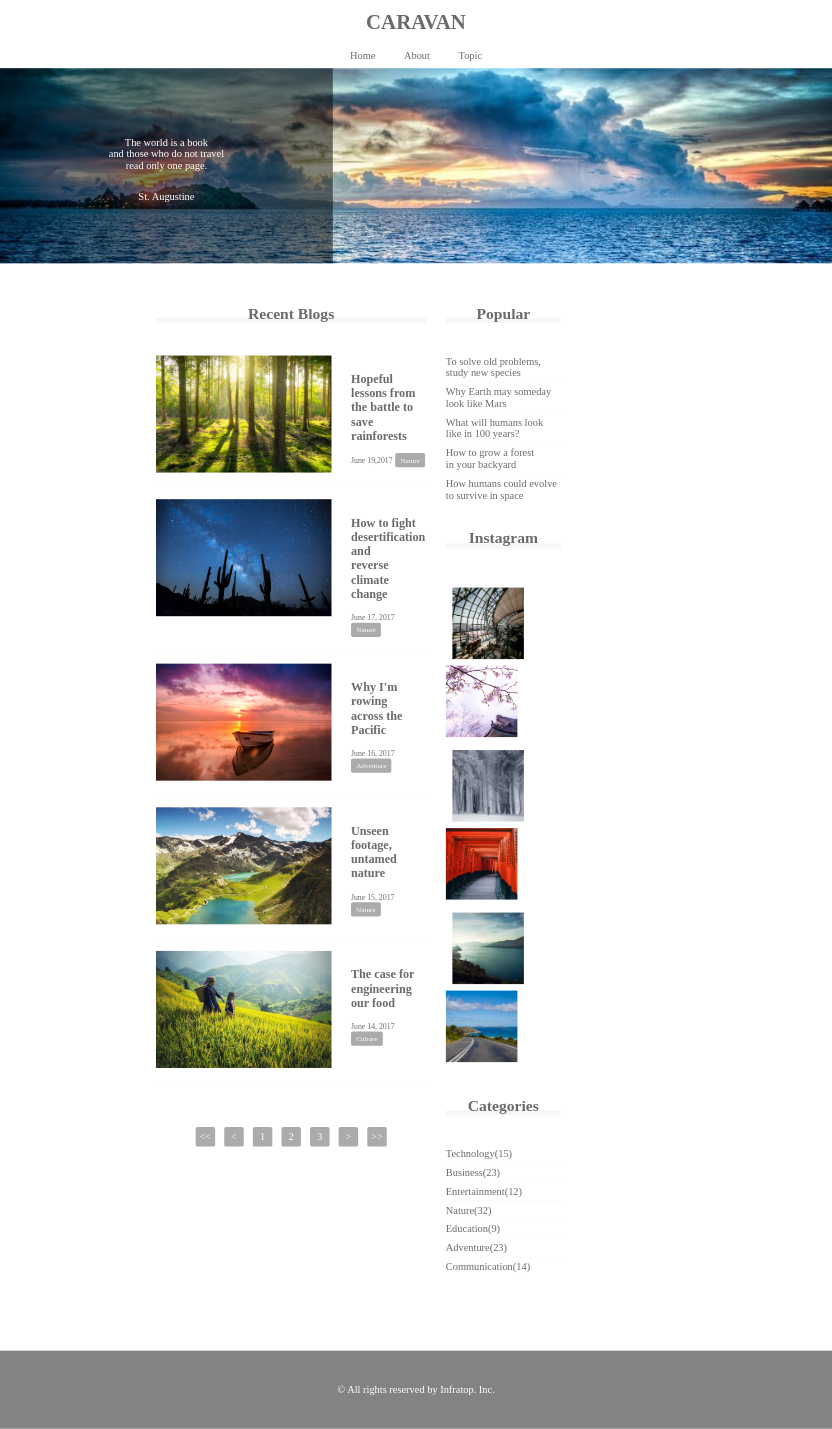
Repository: hira14t/git-practice
Page: caravan/index.html
The author's editor kept a record of every edit. The page is drawn from the files as they stood at one moment, then again after the next edit.
The browser window is 1280 px wide. The pictures show the whole page, at 65% of full size.

Above is the page before.

### caravan/index.html
<!DOCTYPE html>
<html lang="ja">
  <head>
    <meta charset="UTF-8" />

    <link rel="stylesheet" href="style.css" />
    <title>CARAVAN</title>
  </head>

  <body>

    <header>
      <h1 class="heading">
        <a href="index.html">
        CARAVAN
        </a>
      </h1>
    </header>

    <nav>
     <ul class="nav-list">
      <li class="nav-list-item">
        <a href="index.html">Home</a>
      </li>
      <li class="nav-list-item">About</li>
      <li class="nav-list-item">Topic</li>
     </ul>
    </nav>

    <div class="main-visual">
      <div class="main-visual-content">
        <p class="main-visual-text">
          The world is a book <br/>
          and those who do not travel </br>
          read only one page.
        </p>
        <p class="main-visual-name">
          St. Augustine
        </p>
      </div>
    </div>

    <main>
      <section class="blog">
        <h2 class="blog-heading">Recent Blogs</h2>
        <div class="blog-box">
          <div class="blog-item">
            <img class="blog-image" src="img/forest.jpg"/>
            <section class="blog-text">
              <h3 class="blog-text-heading">
                <a href="single.html">
                  Hopeful lessons from<br/>
                  the battle to save<br/>
                  rainforests
                </a>
              </h3>
              <p class="blog-date">June 19,2017</p>
              <span class="category">Nature</span>

            </section>
          </div>






          <div class="blog-item">
            <img class="blog-image" src="img/desert.jpg" />
            <section class="blog-text">
              <h3 class="blog-text-heading">
                <a href="single.html">
                  How to fight<br>
                  desertification and<br>
                  reverse climate change
                </a>
              </h3>
              <p class="blog-date">June 17, 2017</p>
              <span class="category">Nature</span>
            </section>
          </div>
          <div class="blog-item">
            <img class="blog-image" src="img/sunset.jpg" />
            <section class="blog-text">
              <h3 class="blog-text-heading">
                <a href="single.html">
                  Why I'm rowing<br>
                  across the Pacific
                </a>
              </h3>
              <p class="blog-date">June 16, 2017</p>
              <span class="category">Adventure</span>
            </section>
          </div>
          <div class="blog-item">
            <img class="blog-image" src="img/italy.jpg" />
            <section class="blog-text">
              <h3 class="blog-text-heading">
                <a href="single.html">
                  Unseen footage,<br>
                  untamed nature
                </a>
              </h3>
              <p class="blog-date">June 15, 2017</p>
              <span class="category">Nature</span>
            </section>
          </div>
          <div class="blog-item">
            <img class="blog-image" src="img/asia.jpg" />
            <section class="blog-text">
              <h3 class="blog-text-heading">
                <a href="single.html">
                  The case for<br>
                  engineering our food
                </a>
              </h3>
              <p class="blog-date">June 14, 2017</p>
              <span class="category">Culture</span>
            </section>
          </div>
        </div>


          <div class="pagination">
          <p><<</p>
          <p><</p>
          <p>1</p>
          <p>2</p>
          <p>3</p>
          <p>></p>
          <p>>></p>
        </div>


       </section>

         <div class="sidebar">
        <section class="popular">
          <h2 class="popular-heading common-heading">Popular</h2>
          <div class="sidebar-contents">
            <p class="popular-text">To solve old problems,<br/>study new species</p>
            <p class="popular-text">Why Earth may someday<br/>look like Mars</p>
            <p class="popular-text">What will humans look<br/>like in 100 years?</p>
            <p class="popular-text">How to grow a forest<br/>in your backyard</p>
            <p class="popular-text">How humans could evolve<br/>to survive in space</p>
          </div>
        </section>
        <section class="instagram">
          <h2 class="instagram-heading common-heading">Instagram</h2>
          <div class="sidebar-contents">
            <div class="instagram-box"></div>
            <div class="instagram-box"></div>
            <div class="instagram-box"></div>
            <div class="instagram-box"></div>
            <div class="instagram-box"></div>
            <div class="instagram-box"></div>
          </div>
        </section>
        <section class="categories">
          <h2 class="categories-heading common-heading">Categories</h2>
          <div class="sidebar-contents">
            <p class="categories-text">Technology(15)</p>
            <p class="categories-text">Business(23)</p>
            <p class="categories-text">Entertainment(12)</p>
            <p class="categories-text">Nature(32)</p>
            <p class="categories-text">Education(9)</p>
            <p class="categories-text">Adventure(23)</p>
            <p class="categories-text">Communication(14)</p>
          </div>
        </section>
      </div>




        </div>
      </section>

      <div class="sidebar"></div>
    </main>


    <div class="main">
      <div class="blog"></div>
      <div class="sidebar"></div>
    </div>


    <footer>
      <p class="footer-text">© All rights reserved by Infratop. Inc.</p>
    </footer>


  </body>
</html>

### caravan/style.css
* {
  margin: 0;
  padding: 0;
  box-sizing: border-box;
  color: #6c6b6b;
}

a {
    text-decoration: none;
}

header {
    width: 90%;
    padding: 15px 0;
    margin: 0 auto;
    text-align: center;
}

.social i {
  display: inline-block;
  margin-left: 20px;
}

header.heading {
    font-size: 32px;
}

.nav-list {
    text-align: center;
    padding: 10px 0;
    margin: 0 auto;
}

.nav-list-item {
    list-style: none;
    display: inline-block;
    margin: 0 20px;
}

.main-visual {
  width: 100%;
  height: 300px;
  background-image: url(img/mv.jpg);
  background-size: cover;
  background-position: center;
}

.main-visual-content {
  width: 40%;
  height: 300px;
background-color: rgba(0,0,0,0.5);
text-align: center;
padding-top: 105px;
}

.main-visual-text {
  color: #fff
}

.main-visual-name {
  margin-top: 30px;
  color: #fff
}

main{
  width: 800px;
  display: flex;
  justify-contect: center;
  margin: 0 auto;
  padding: 70px 0;
}

.blog {
 width: 540px;
 margin-right: 30px;
}

.blog-heading {
  border-bottom: 8px solid #f7f7f7;
  text-align: center;
  line-height: 0.6;
}

.blog-box {
  padding-top: 50px;
}

.blog-item {
  padding-bottom: 20px;
  margin-bottom: 20px;
  border-bottom: 1px solid #f7f7f7;
  display: flex;
  justify-content: flex-start;
}

.blog-image {
  height: 180px;
}

.blog-text {
  padding: 25px 0 0 30px;
}

.blog-text-heading {
  padding-bottom: 15px;
}

.blog-date {
  font-size: 12px;
  display: inline-block;
}

.category {
  display: inline-block;
  padding: 5px 8px;
  background-color: #acabab;
  border-radius: 3px;
  color: #fff;
  font-size: 11px;
}

.pagination {
  text-align: center;
  padding-top: 50px;
}

.pagination p {
  display: inline-block;
  width: 30px;
  height: 30px;
  margin: 0 5px;
  color: #fff;
  background-color: #acabab;
  border-radius: 3px;
  line-height: 30px;
}

.sidebar {
 width: 230px;
}

.common-heading {
  border-bottom: 8px solid #f7f7f7;
  text-align: center;
  line-height: 0.6;
}

.sidebar-contents {
  padding: 50px 0;
}

.popular-text,
.categories-text {
  padding-bottom: 5px;
  border-bottom: 1px solid #f7f7f7;
  margin-bottom: 5px;
}

.popular-text:last-child,
.categories-text:last-child {
  margin: 0;
  padding: 0;
  border: none;
}

.instagram .sidebar-contents {
  display: flex;
  flex-wrap: wrap;
}

.instagram-box {
  width: 110px;
  padding-top: 110px;
  background-size: cover;
  background-position: center;
  margin-bottom: 10px;
}

.instagram-box:nth-child(odd) {
  margin: 10px;
}

.instagram-box:nth-child(1) {
  background-image: url(img/airport.jpg);
}

.instagram-box:nth-child(2) {
  background-image: url(img/japan.jpg);
}

.instagram-box:nth-child(3) {
  background-image: url(img/snow.jpg);
}

.instagram-box:nth-child(4) {
  background-image: url(img/japan2.jpg);
}

.instagram-box:nth-child(5) {
  background-image: url(img/lake.jpg);
}

.instagram-box:nth-child(6) {
  background-image: url(img/road.jpg);
}

footer {
  width: 100%;
  height: 120px;
  text-align: center;
  line-height: 120px;
  background-color: #848282;
}

.footer-text {
    color: #fff;
}

After the next edit:
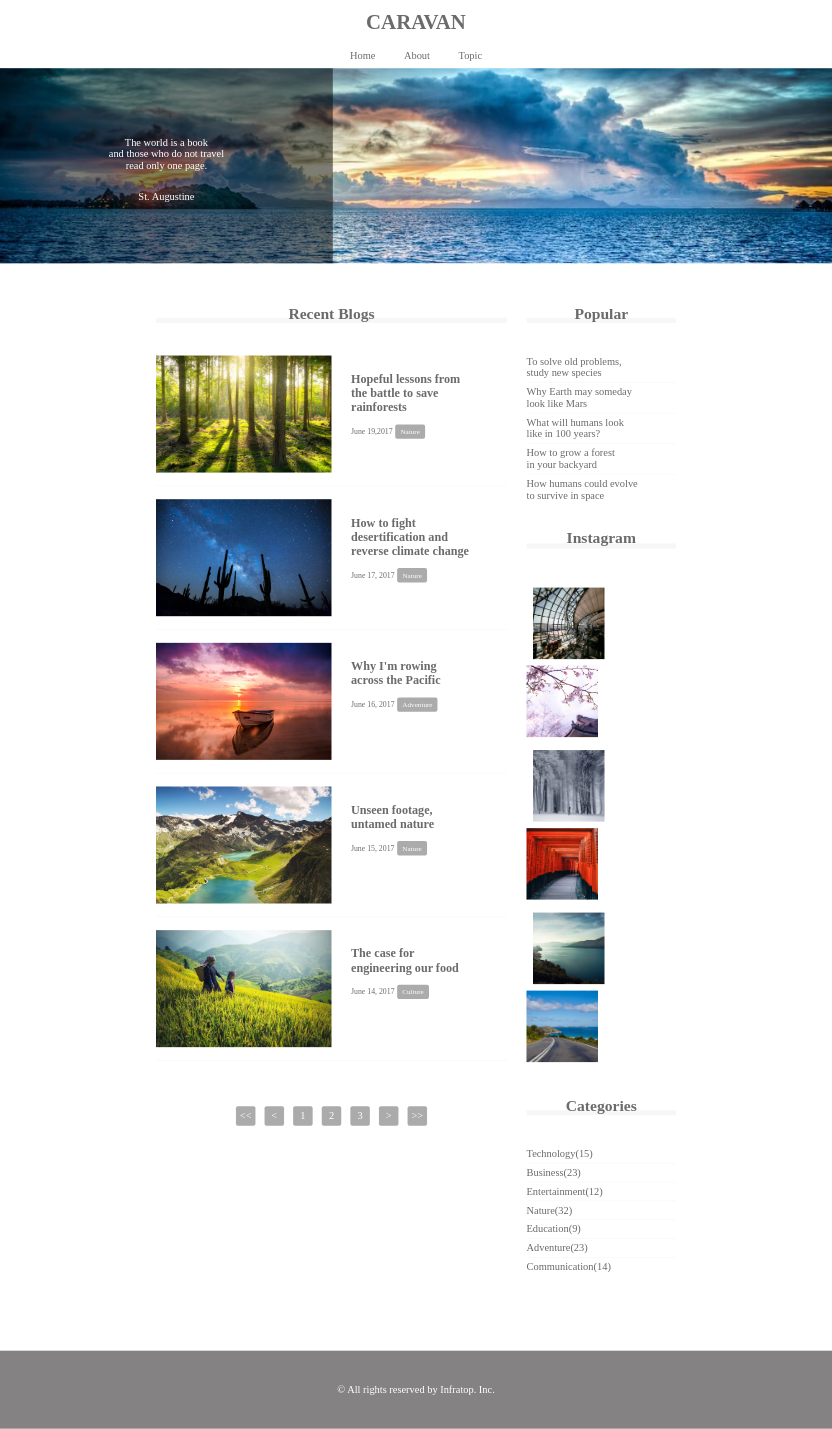
The edit:
--- a/caravan/index.html
+++ b/caravan/index.html
@@ -176,7 +176,7 @@
         </div>
       </section>
 
-      <div class="sidebar"></div>
+
     </main>
 
 
